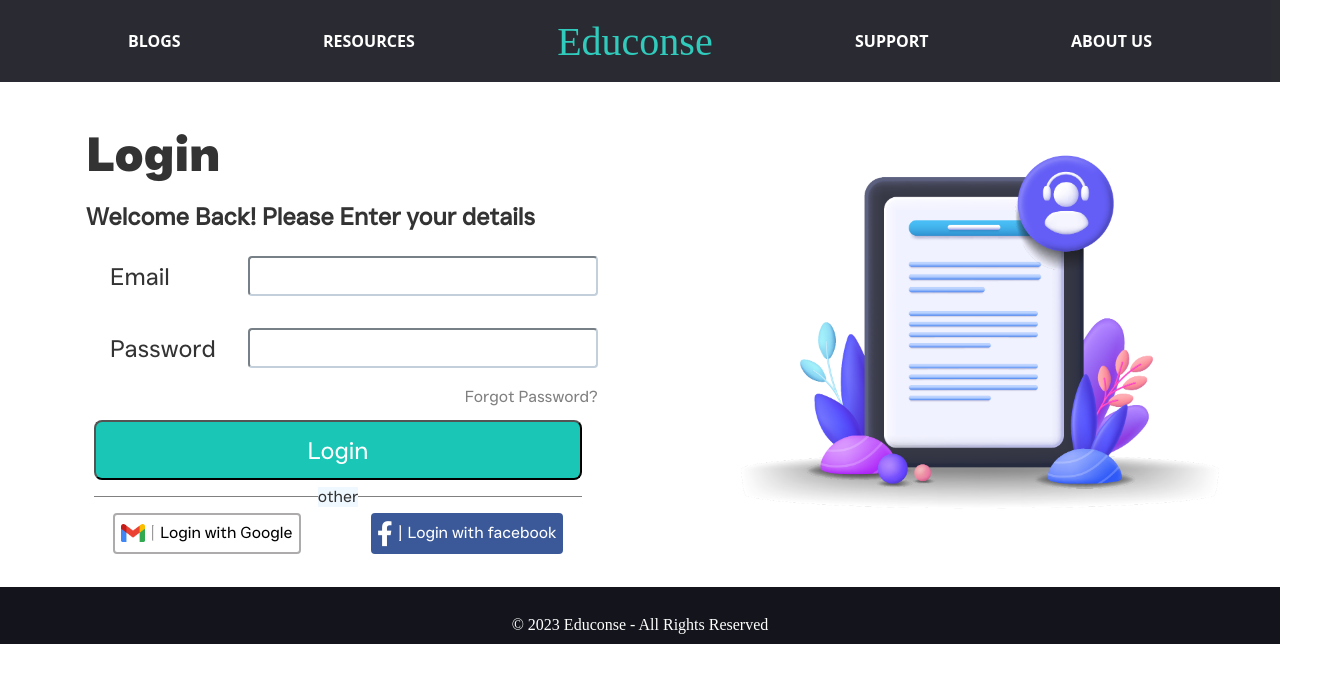
Repository: devajay07/educonse
Page: pages/login.html
The author's editor kept a copy of each file at every save. The page is drawn from the files as they stood at one save, then again after the next save.
The browser window is 1280 px wide. The page is 1330 px wide, then 1319 px, so the pictures cover 1330 px, including what lies to the right of the window. The pictures show the whole page.

Above is the page before, as saved 2023-10-15 03:36:00.

After the next save:
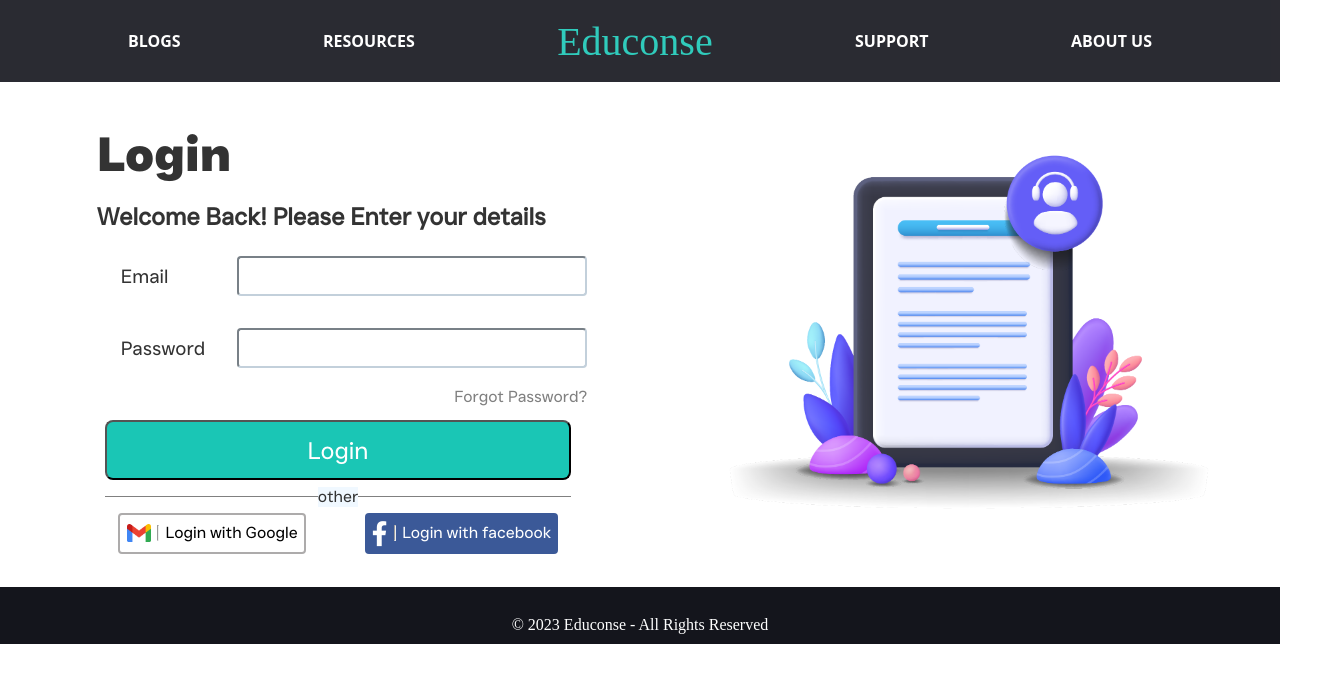
Saved 18 s later.
--- a/css/login.css
+++ b/css/login.css
@@ -32,7 +32,7 @@ main .login-panel {
 
 label {
   padding-right: 1rem;
-  font-size: 1.5rem;
+  font-size: 1.2rem;
 }
 
 input[type=password],
